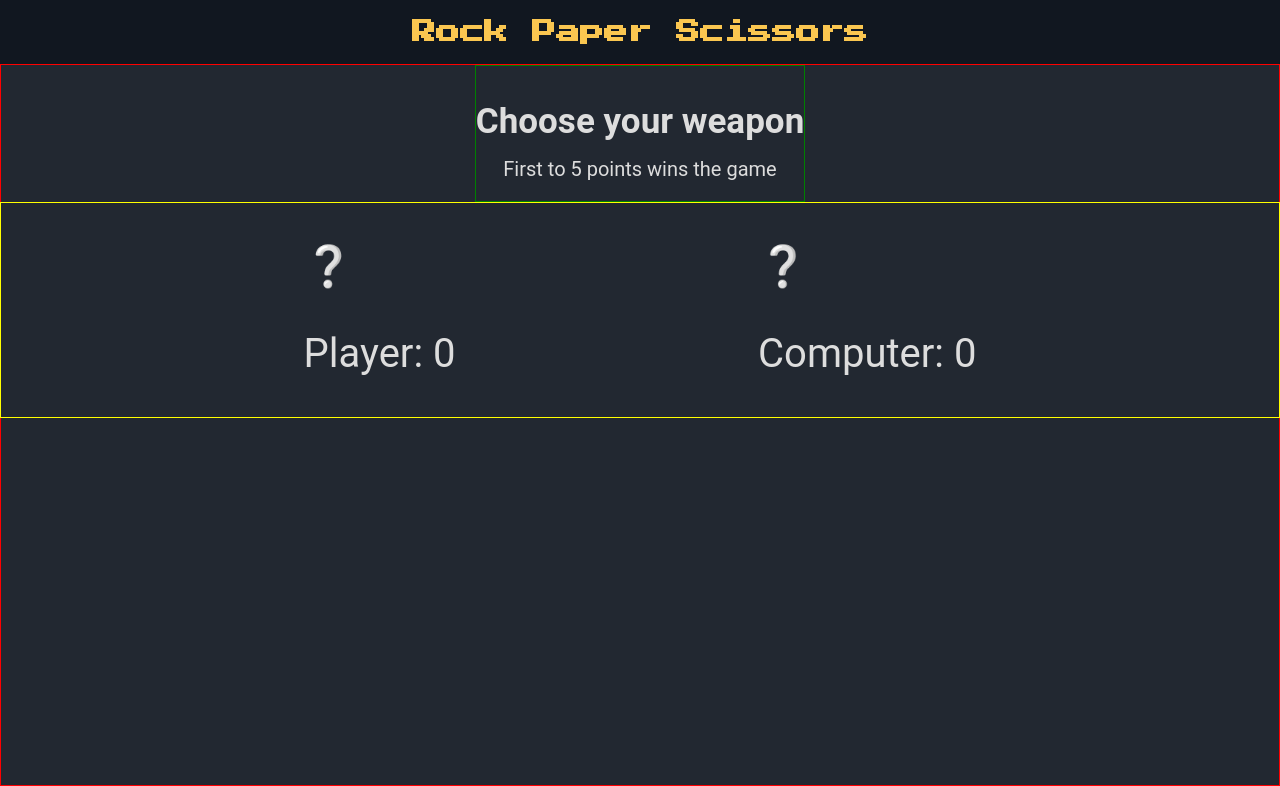
Repository: Aaryan-Poria/Rock-Paper-Scissors
Page: index.html
An editor plug-in stored every save of this project. The page is shown before and after the next save, followed by the edit.
The browser window is 1280 px wide. The pictures show the whole page.

Above is the page before, as saved 2023-08-22 22:49:29.

### index.html
<!DOCTYPE html>
<html lang="en">
  <head>
    <meta charset="UTF-8" />
    <meta name="viewport" content="width=device-width, initial-scale=1.0" />
    <title>Rock Paper Scissors</title>
    <link rel="preconnect" href="https://fonts.googleapis.com" />
    <link rel="preconnect" href="https://fonts.gstatic.com" crossorigin />
    <link
      href="https://fonts.googleapis.com/css2?family=Press+Start+2P&display=swap"
      rel="stylesheet"
    />
    <link rel="stylesheet" href="style.css" />
  </head>

  <body>
    <section class="head">
      <h2>Rock Paper Scissors</h2>
    </section>
    <section class="main">
      <div class="main-text">
        <h3>Choose your weapon</h3>
        <p>First to 5 points wins the game</p>
      </div>
      <div class="text-content">
        <div class="info player">
          <p class="qmark 1">❔</p>
          <p class="score 1">Player: 0</p>
        </div>
        <div class="info comp">
          <p class="qmark 2">❔</p>
          <p class="score 2">Computer: 0</p>
        </div>
      </div>
    </section>
  </body>
</html>

### style.css
body {
  margin: 0;
  padding: 0;
  display: flex;
  flex-direction: column;
  min-height: 100%;
  min-width: 100%;
}
.head {
  display: flex;
  justify-content: center;
  align-items: center;
  color: #fac650;
  background-color: #111720;
  font-family: "Press Start 2P", cursive;
}
.main {
  display: flex;
  flex-grow: 1;
  height: 100vh;
  flex-direction: column;
  background-color: #222831;
  color: #dddddd;
  font-family: "Roboto", sans-serif;
  align-items: center;
  border: 1px solid red;
}

.main-text {
  border: 1px solid green;
  display: flex;
  flex-direction: column;
  justify-content: center;
  align-items: center;
}
.main-text > h3 {
  font-size: 35px;
}
.main-text > p {
  font-size: 20px;
  margin-top: -20px;
}
.text-content {
  display: flex;
  width: 100%;
  border: 1px solid yellow;
  display: flex;
  font-size: 40px;
  justify-content: space-evenly;
  align-items: center;
}

After the next save:
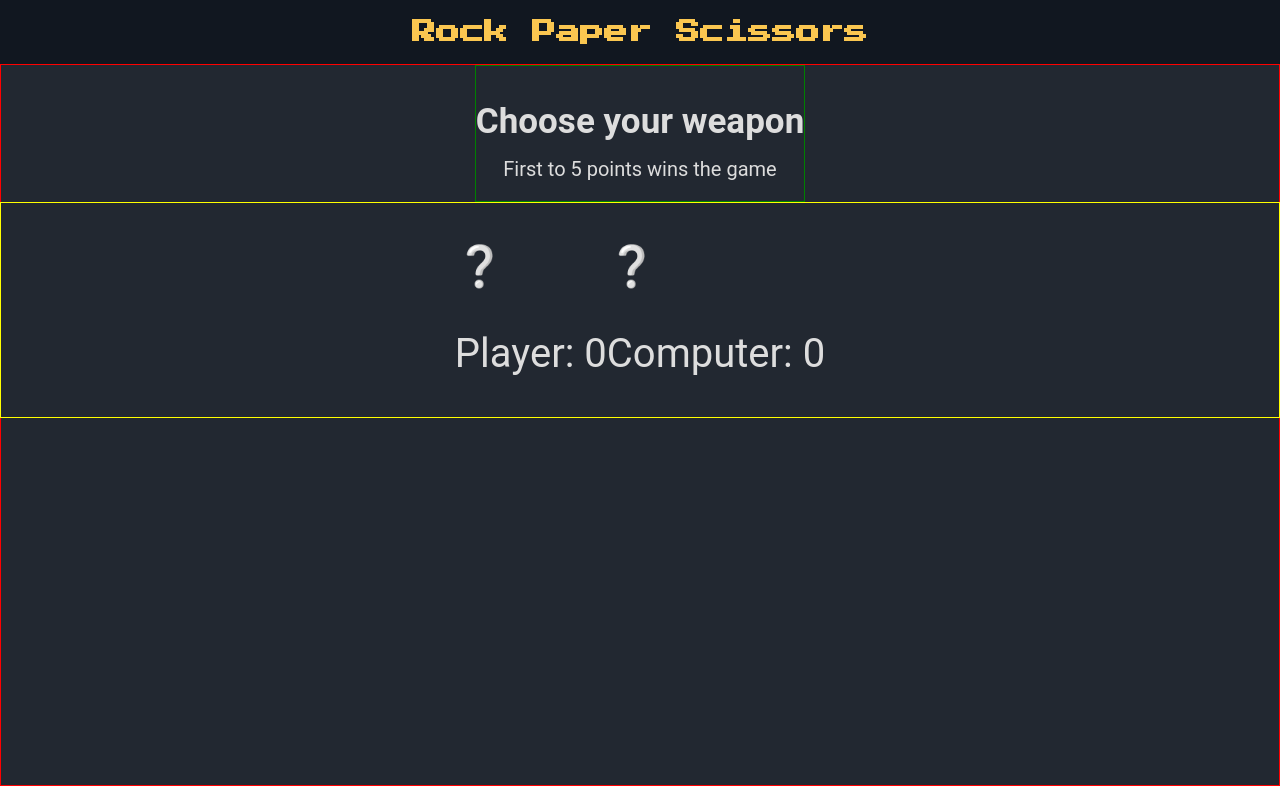
Saved 33 s later.
--- a/style.css
+++ b/style.css
@@ -46,6 +46,6 @@ body {
   border: 1px solid yellow;
   display: flex;
   font-size: 40px;
-  justify-content: space-evenly;
+  justify-content: center;
   align-items: center;
 }
